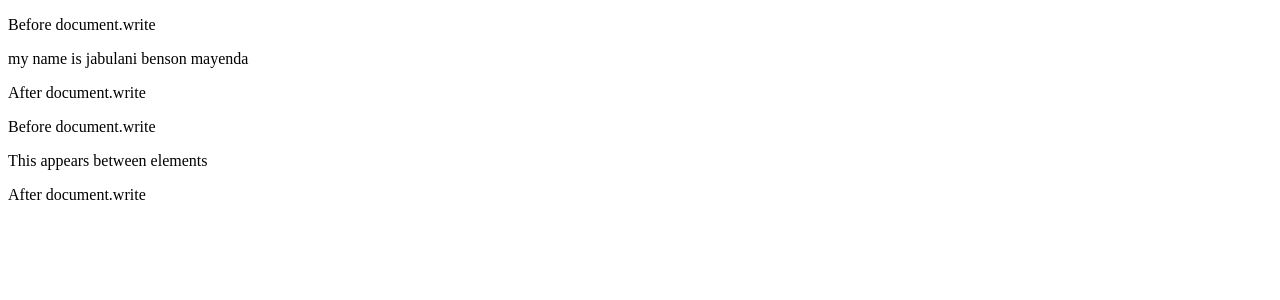
Repository: jabulani-mayenda/web-development
Page: phase1/document.html
An editor plug-in stored every save of this project. The page is shown before and after the next save, followed by the edit.
The browser window is 1280 px wide. The pictures show the whole page.

Above is the page before, as saved 2026-04-20 11:34:16.

### phase1/document.html
 <!DOCTYPE html>
<html>
<head>
    <title>Example</title>
</head>
<body>
    <p>Before document.write</p>
    <script>
        document.write("<p>my name is jabulani benson mayenda</p>");
    </script>
    <p>After document.write</p>
</body>
</html><!DOCTYPE html>
<html>
<head>
    <title>Example</title>
</head>
<body>
    <p>Before document.write</p>
    <script>
        document.write("<p>This appears between elements</p>");
    </script>
    <p>After document.write</p>
</body>
</html>

After the next save:
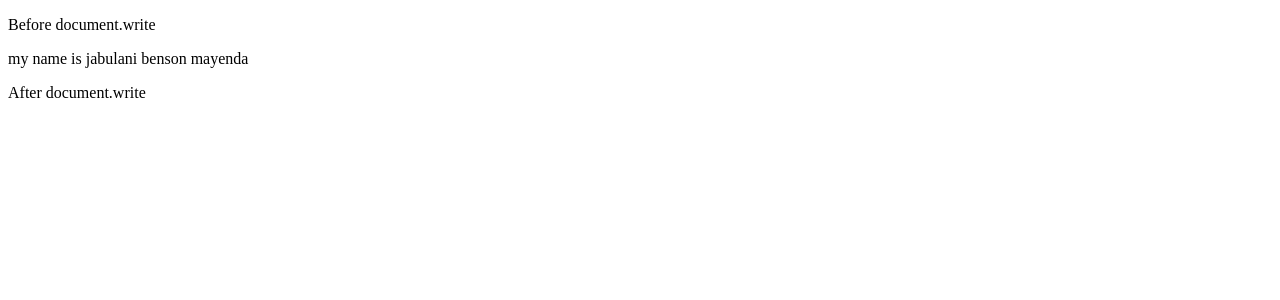
Saved 4 min 47 s later.
--- a/phase1/document.html
+++ b/phase1/document.html
@@ -1,4 +1,4 @@
- <!DOCTYPE html>
+<!DOCTYPE html>
 <html>
 <head>
     <title>Example</title>
@@ -7,18 +7,8 @@
     <p>Before document.write</p>
     <script>
         document.write("<p>my name is jabulani benson mayenda</p>");
-    </script>
-    <p>After document.write</p>
-</body>
-</html><!DOCTYPE html>
-<html>
-<head>
-    <title>Example</title>
-</head>
-<body>
-    <p>Before document.write</p>
-    <script>
-        document.write("<p>This appears between elements</p>");
+        alert("Important message!");
+        alert(`The result is: ${5 + 3}`);
     </script>
     <p>After document.write</p>
 </body>
